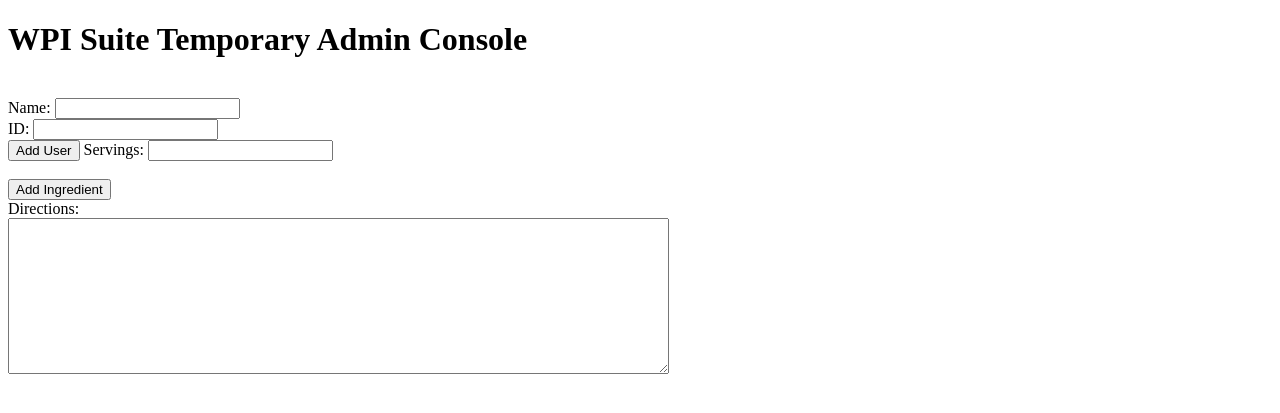
Repository: fracture91/wpi-suite-tng
Page: WPISuite/WebContent/index.html
An editor plug-in stored every save of this project. The page is shown before and after the next save, followed by the edit.
The browser window is 1280 px wide. The pictures show the whole page.

Above is the page before, as saved 2012-09-23 22:42:06.

After the next save:
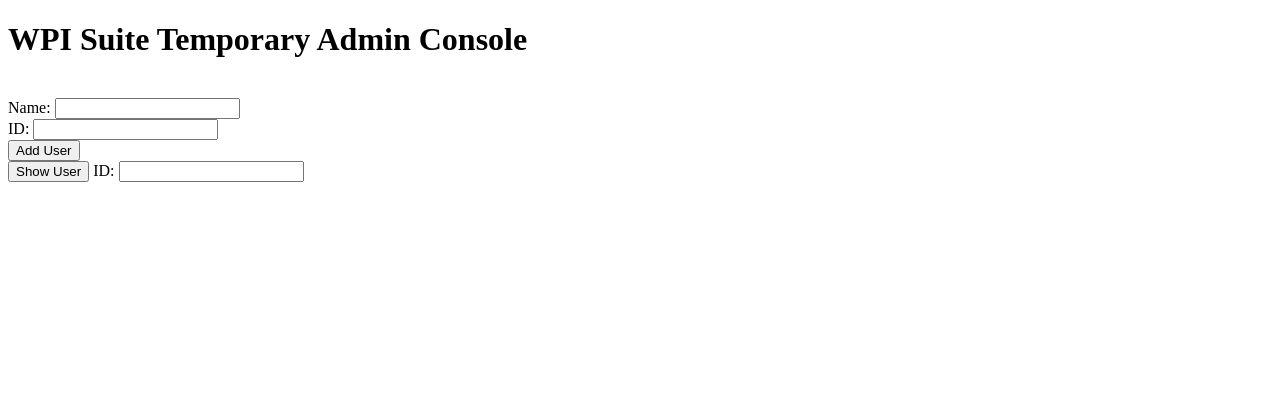
Saved 83 s later.
--- a/WPISuite/WebContent/index.html
+++ b/WPISuite/WebContent/index.html
@@ -37,14 +37,12 @@
 
         <section>
             <label>Name: </label><input id="name" maxlength="40" /> <br />
-            <label>ID: </label><input id="author" maxlength="15" /> <br />
+            <label>ID: </label><input id="id" maxlength="15" /> <br />
             <button onclick="addUser()">Add User</button>
 
-            <label>Servings: </label><input id="servings" maxlength="15" /> <br />
-            <span id="ingrediantHolder"></span><br />
-            <button onclick="addIngrediant()">Add Ingredient</button><br />
-            <label>Directions: </label><br /><textarea id="directions" rows="10" cols="80"></textarea> <br />
+            <br />
 
+            <button onclick="showUser()">Show User</button><label> ID: </label><input id="showid" maxlength="15" /> <br />
             <div id="display"></div>
 
         </section>
